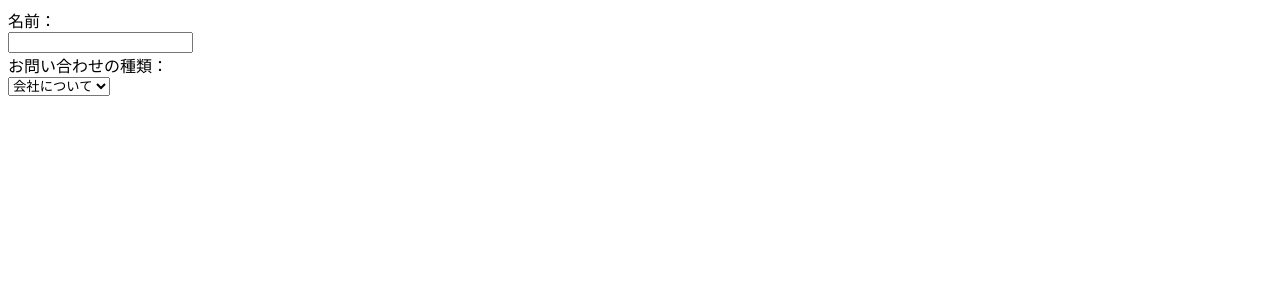
Repository: take00/test01
Page: http://localhost/HelloServlet/inquiry.jsp
The author's editor kept a copy of each file at every save. The page is drawn from the files as they stood at one save, then again after the next save.
The browser window is 1280 px wide. The pictures show the whole page.
The page is served by Tomcat 9.

Above is the page before, as saved 2019-01-07 11:50:43.

After the next save:
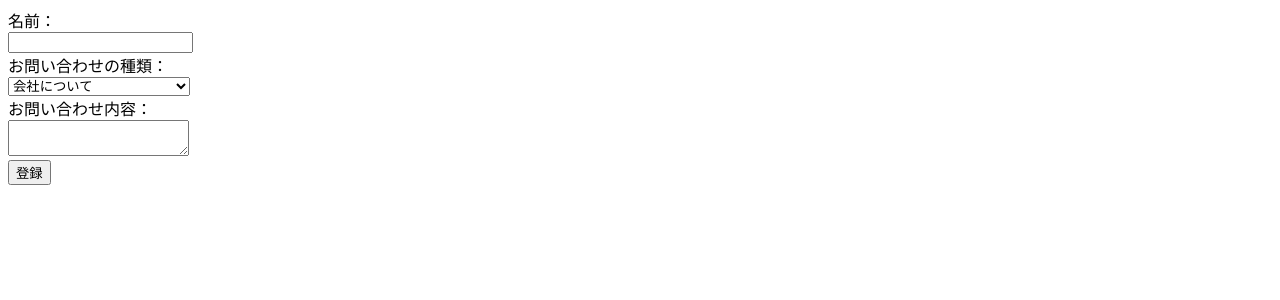
Saved 15 min 6 s later.
--- a/HelloServlet/WebContent/inquiry.jsp
+++ b/HelloServlet/WebContent/inquiry.jsp
@@ -11,6 +11,12 @@
 		名前：<br> <input type="text" name="name"><br>
 		お問い合わせの種類：<br> <select name="qtype">
 			<option value="company">会社について</option>
-			</select></form>
+			<option value="product">製品について</option>
+			<option value="support">アフターサポートについて</option>
+		</select><br>お問い合わせ内容：<br>
+		<textarea name="body">
+	</textarea>
+		<br> <input type="submit" value="登録">
+	</form>
 </body>
 </html>
